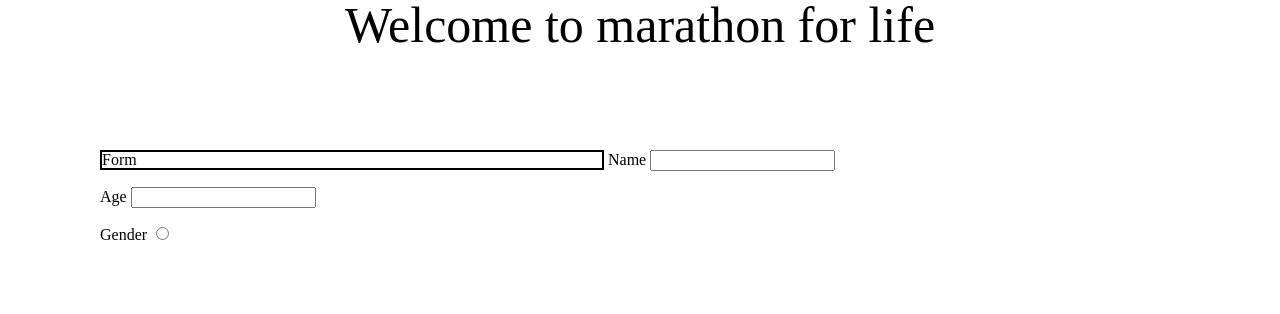
Repository: Razan-am/exam-practice
Page: marathon.html
The author's editor kept a copy of each file at every save. The page is drawn from the files as they stood at one save, then again after a run of saves.
The browser window is 1280 px wide. The pictures show the whole page.

Above is the page before, as saved 2021-05-31 14:22:38.

### marathon.html
<!DOCTYPE html>
<html lang="en">
<head>
    <meta charset="UTF-8">
    <meta http-equiv="X-UA-Compatible" content="IE=edge">
    <meta name="viewport" content="width=device-width, initial-scale=1.0">
    <title>marathon</title>
    <link rel="stylesheet" href="css/reset.css">
    <link rel="stylesheet" href="css/style.css">
</head>
<body>
    <header>
        <h1>Welcome to marathon for life</h1>
    </header>
    <main>
        <form action="" id="myForm">
            <fieldset>Form</fieldset>
            <label for="name">Name</label>
            <input type="text" id="name" name="name">
            <br/> <br/>
            <label for="age">Age</label>
            <input type="number" id="age" name="age">
            <br/><br/>
            <label for="gender">Gender</label>
            <input type="radio" id="gender" name="gender">

        </form>
    </main>
    <footer></footer>
    <script src="js/marathon.js"></script>
</body>
</html>

### css/style.css
h1{
    text-align: center;
    font-size: 50px;
    margin-bottom: 100px;
}

form{
    margin-left: 100px;
    margin-bottom: 100px;

}
fieldset{
    display: inline-block;
    border: 2px solid black;
    width: 500px;
}

table {
    margin-left: 250px;
}
th{
    padding-left: 20px;
}
td{
    padding-left: 20px;
}

Loaded but not shown: css/reset.css (common file); js/marathon.js (no stored copy; drawn as an empty file)

After the next 2 saves:
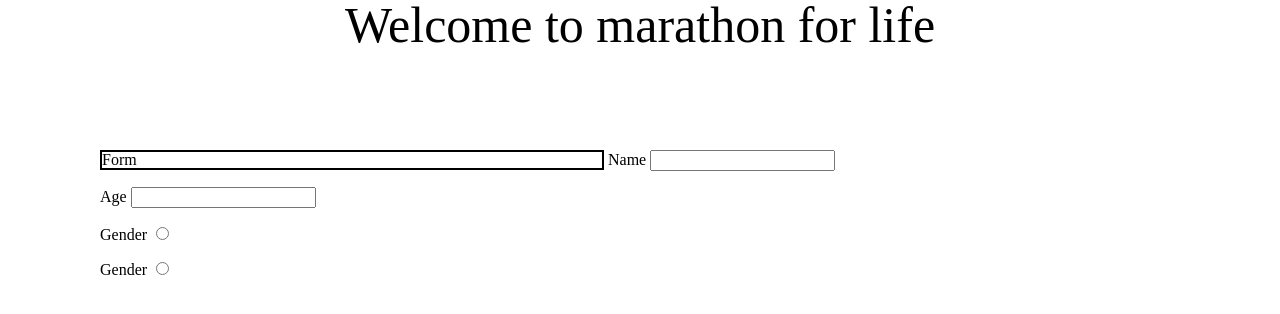
The 2 saves are shown as one change because they came seconds apart.
The last was saved 53 s later.
--- a/marathon.html
+++ b/marathon.html
@@ -22,8 +22,10 @@
             <input type="number" id="age" name="age">
             <br/><br/>
             <label for="gender">Gender</label>
-            <input type="radio" id="gender" name="gender">
-
+            <input type="radio" id="male" name="gender" value="male">
+            <br/><br/>
+            <label for="gender">Gender</label>
+            <input type="radio" id="female" name="gender" value="female">
         </form>
     </main>
     <footer></footer>
